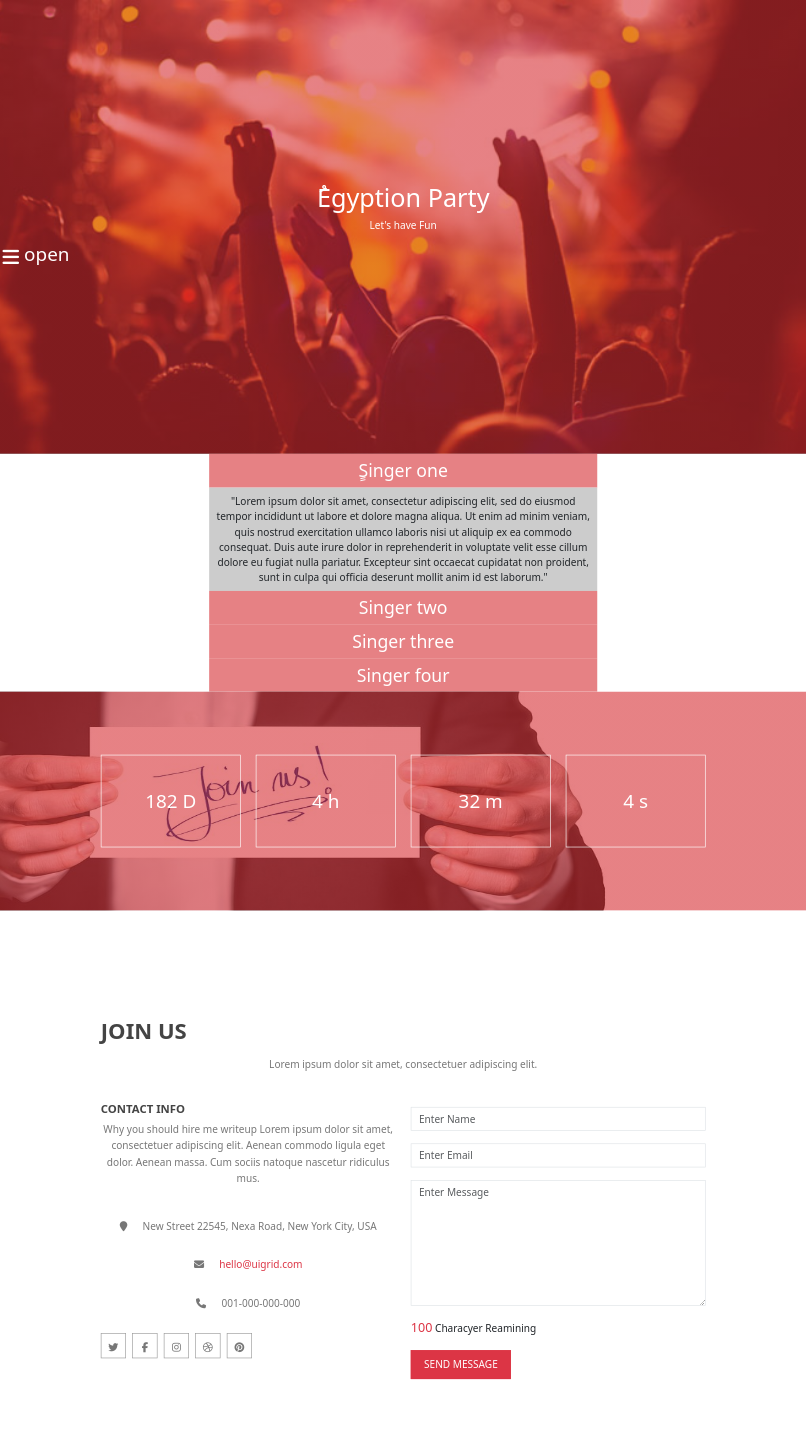
Repository: HagarYousry/jQuery
Page: index.html
An editor plug-in stored every save of this project. The page is shown before and after the next save, followed by the edit.
The browser window is 1280 px wide. The pictures show the whole page, at 63% of full size.

Above is the page before, as saved 2024-07-25 20:24:31.

After the next save:
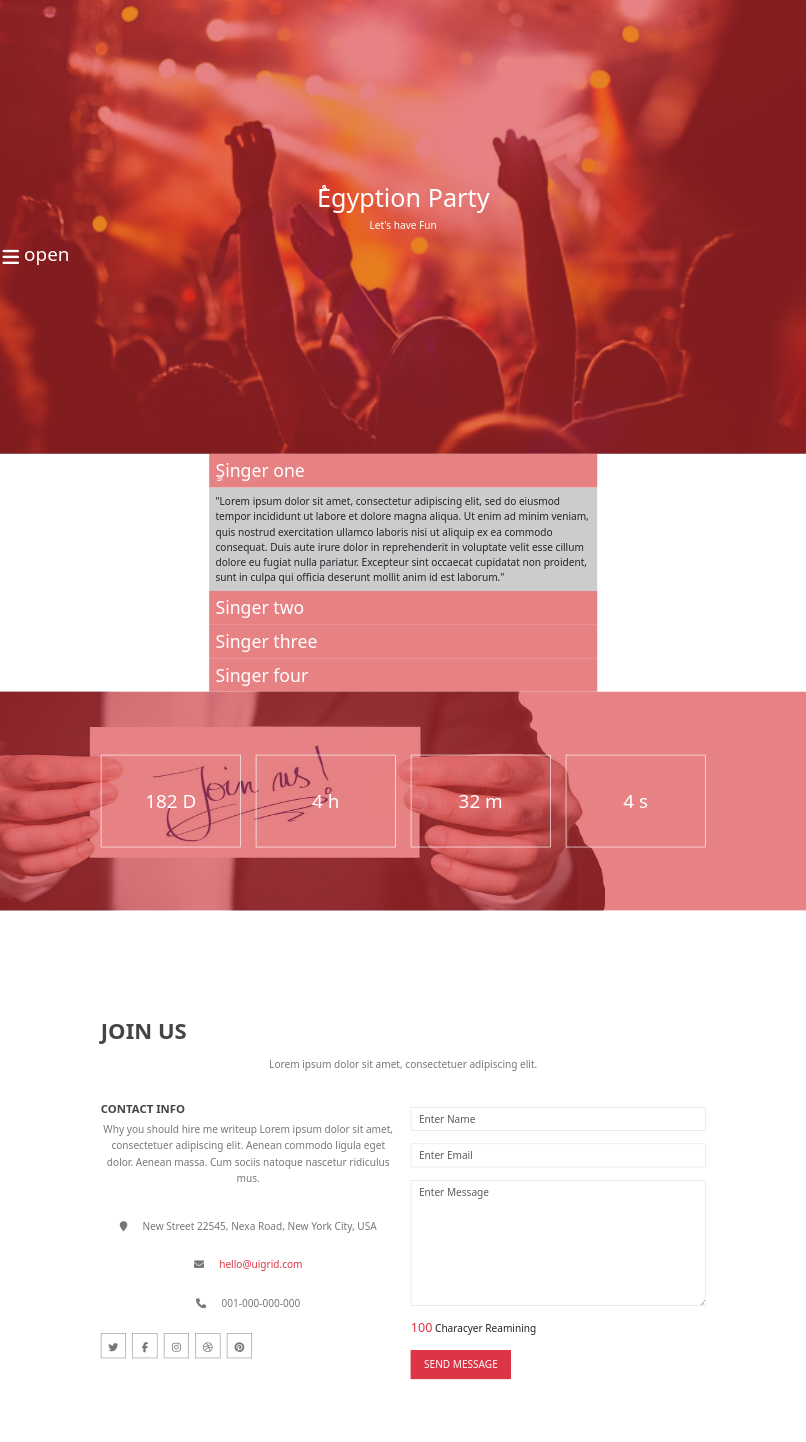
Saved 37 s later.
--- a/index.html
+++ b/index.html
@@ -38,7 +38,7 @@
 
 
     <!-- start Acordion section  -->
-    <section id="Acordion" class="text-center">
+    <section id="Acordion" class=" acortext-center">
 
         <div class="container w-50">
             <h3 class="toggle">ٍSinger one</h3>

After the 3 saves that followed:
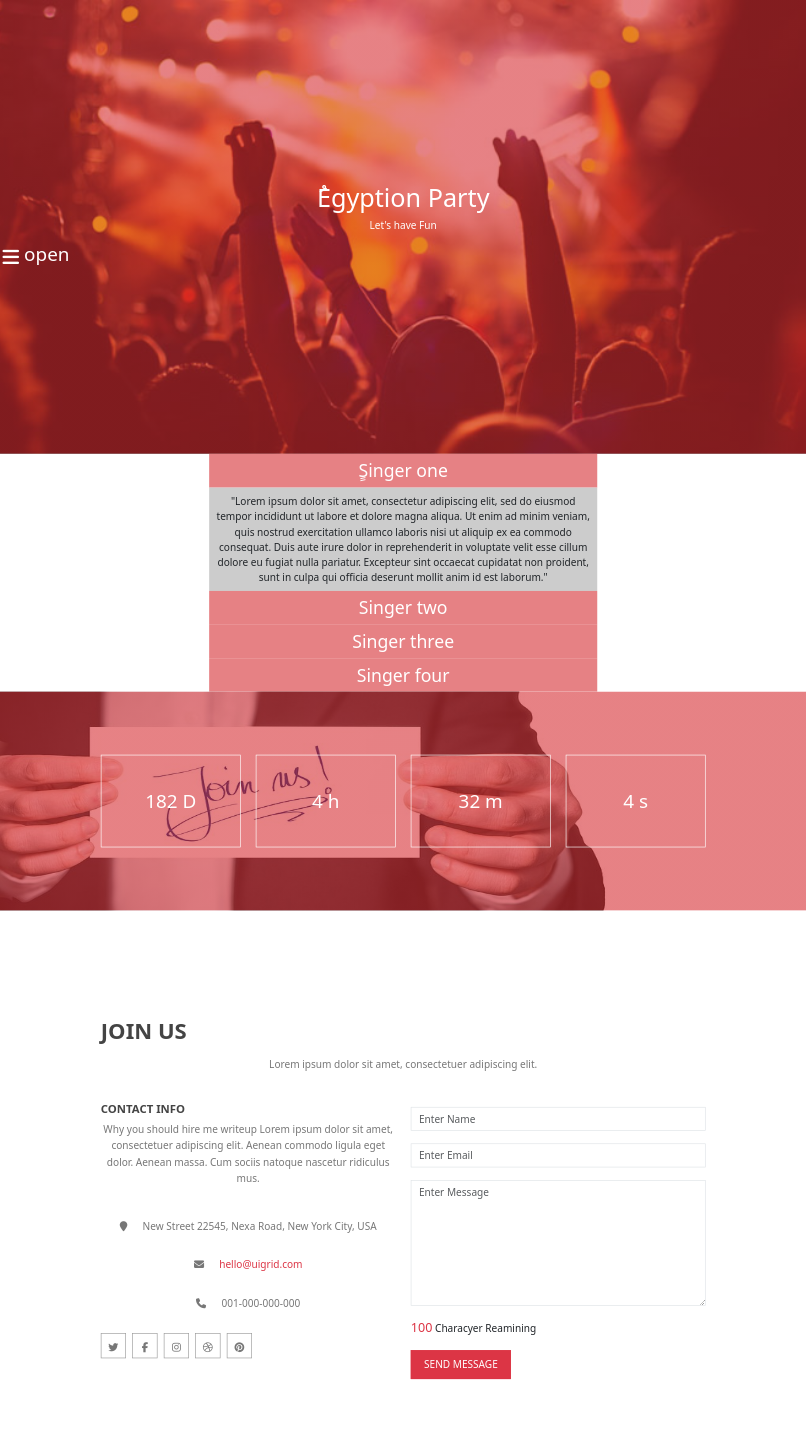
The 3 saves are shown as one change because they came seconds apart.
The last was saved 8 s later.
--- a/index.html
+++ b/index.html
@@ -38,7 +38,7 @@
 
 
     <!-- start Acordion section  -->
-    <section id="Acordion" class=" acortext-center">
+    <section id="Acordion" class="text-center">
 
         <div class="container w-50">
             <h3 class="toggle">ٍSinger one</h3>
